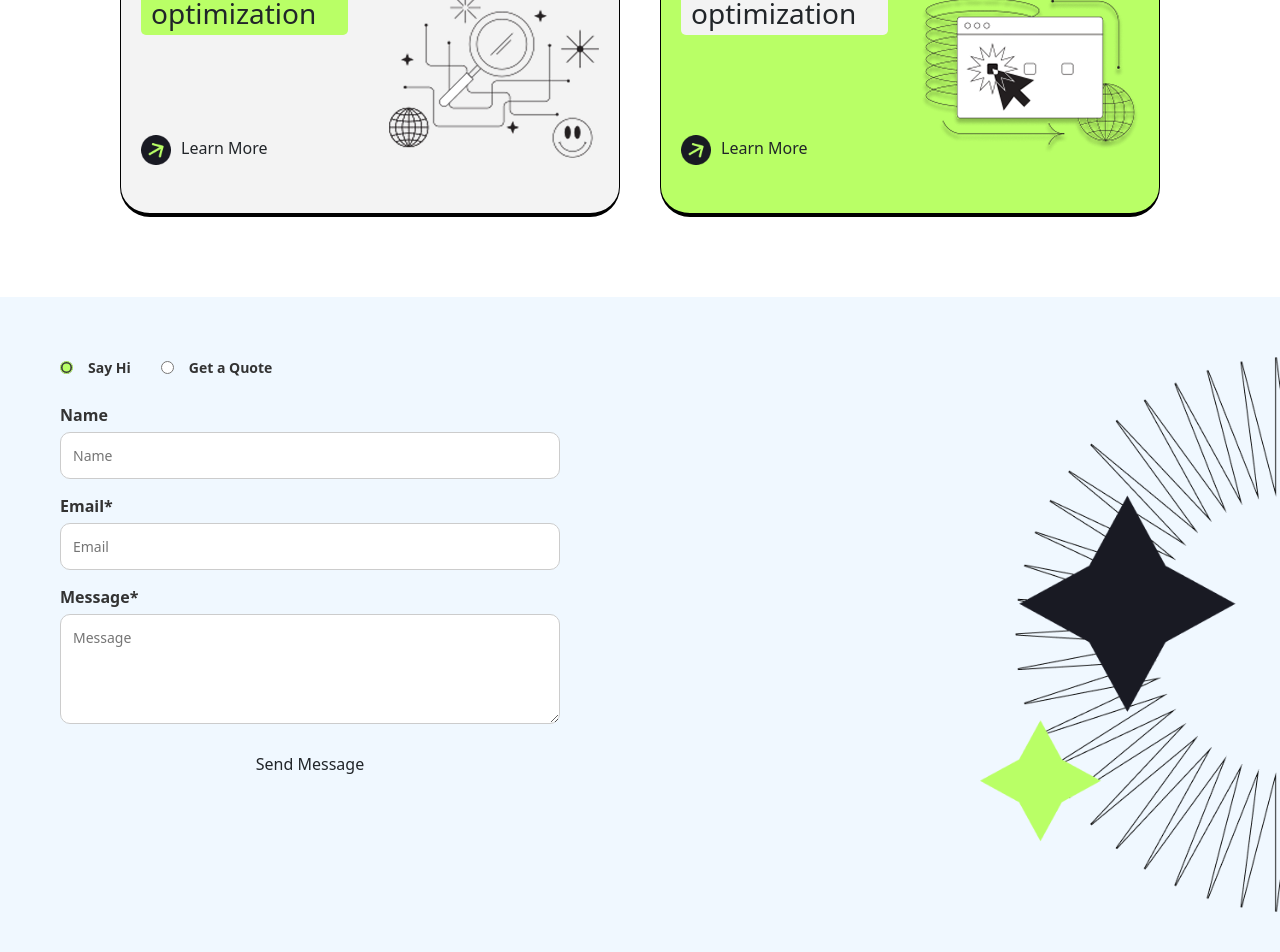
Repository: inshaabbas/CSS-Hackathon-SMIT
Page: index.html
An editor plug-in stored every save of this project. The page is shown before and after a run of saves, followed by the edit.
The browser window is 1280 px wide. The pictures show the part of the page from y = 921 to 1873 px (the page is 1873 px tall).
A picture or video elsewhere on the page could not be fetched, so the positions and the page height are approximate.

Above is the page before, as saved 2025-06-25 10:32:17.

After the next 2 saves:
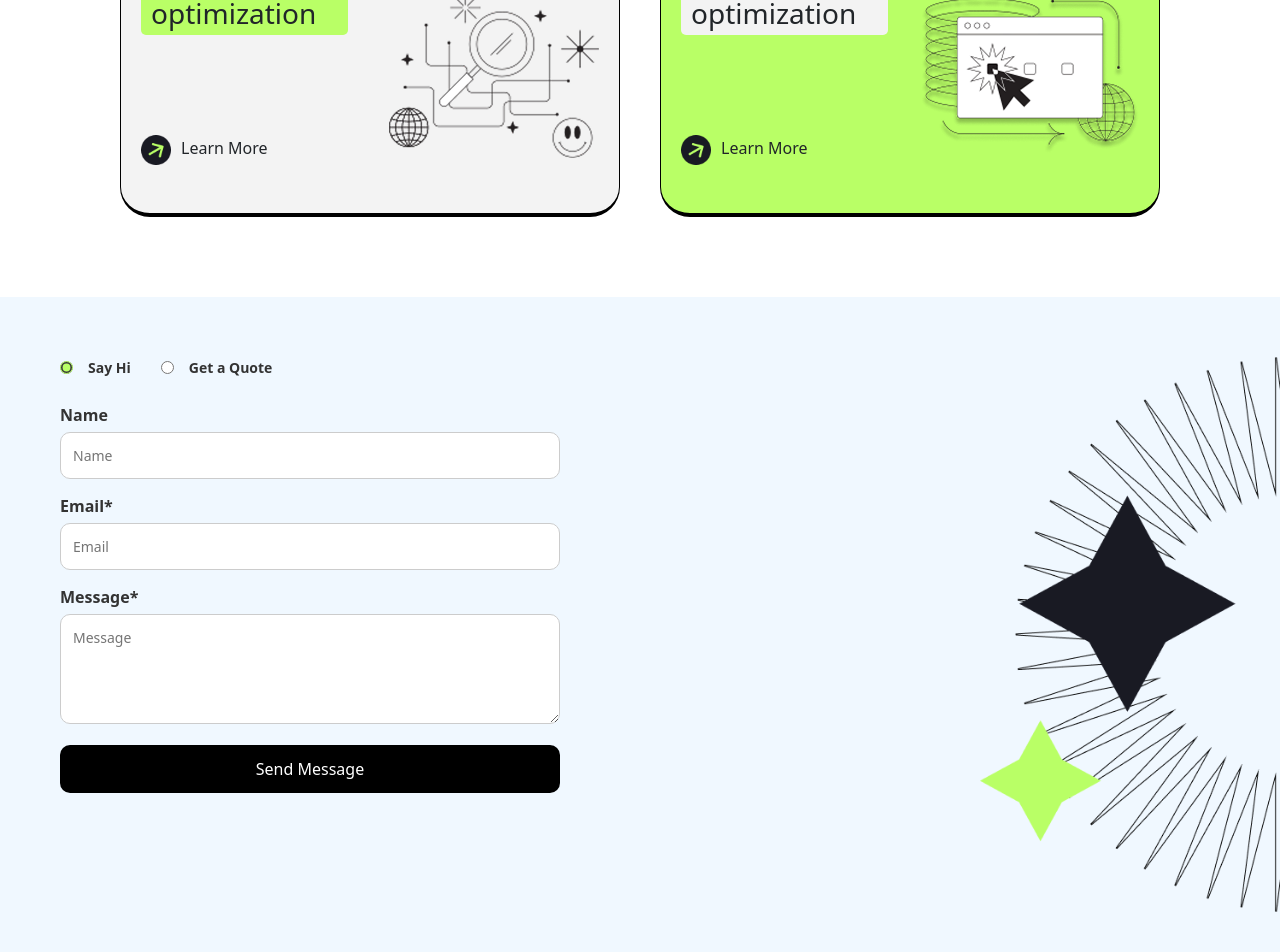
The 2 saves are shown as one change because they came seconds apart.
The last was saved 5 s later.
--- a/index.html
+++ b/index.html
@@ -125,7 +125,7 @@
             <textarea id="message" name="message" placeholder="Message" rows="4" required></textarea>
           </div>
 
-          <button type="submit" class="btn">Send Message</button>
+          <button type="submit" class="send-btn">Send Message</button>
         </form>
        </div>
       <div class="contact-image">
